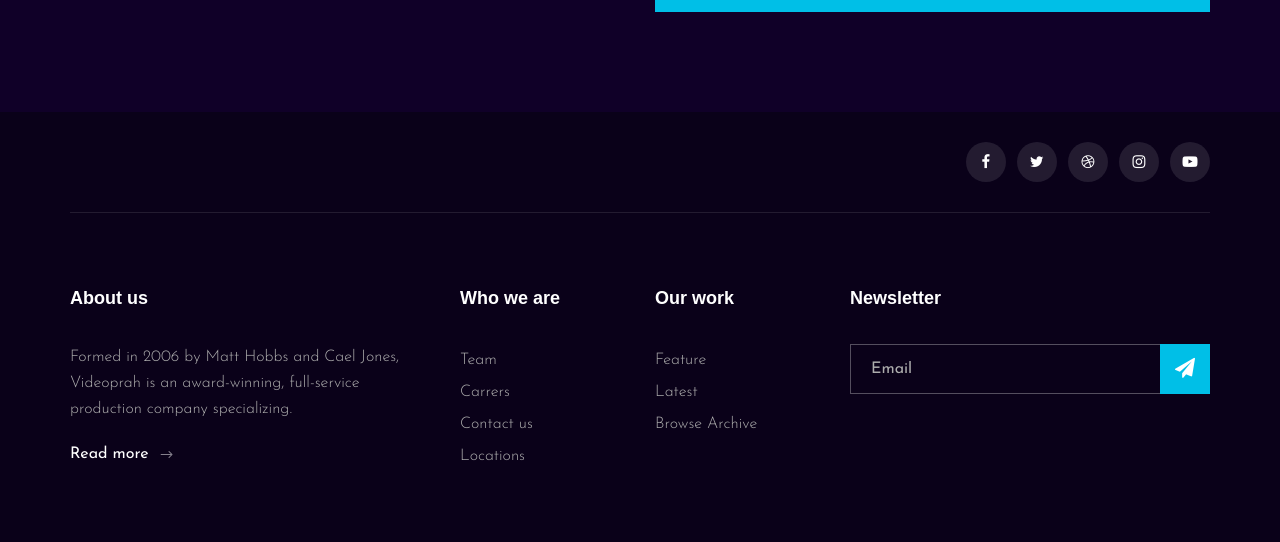
Repository: codexshot/himanshu-portfolio.io
Page: contact.html
An editor plug-in stored every save of this project. The page is shown before and after the next save, followed by the edit.
The browser window is 1280 px wide. The pictures show the part of the page from y = 1095 to 1761 px (the page is 1637 px tall before and 1761 px after).
Some web fonts or font styles are not loaded; a fallback is used.

Above is the page before, as saved 2024-04-14 19:03:37.

### contact.html
<!DOCTYPE html>
<html lang="zxx">

<head>
    <meta charset="UTF-8">
    <meta name="description" content="Videograph Template">
    <meta name="keywords" content="Videograph, unica, creative, html">
    <meta name="viewport" content="width=device-width, initial-scale=1.0">
    <meta http-equiv="X-UA-Compatible" content="ie=edge">
    <title>Videograph | Template</title>

    <!-- Google Font -->
    <link href="https://fonts.googleapis.com/css2?family=Play:wght@400;700&display=swap" rel="stylesheet">
    <link href="https://fonts.googleapis.com/css2?family=Josefin+Sans:wght@300;400;500;600;700&display=swap"
        rel="stylesheet">

    <!-- Css Styles -->
    <link rel="stylesheet" href="css/bootstrap.min.css" type="text/css">
    <link rel="stylesheet" href="css/font-awesome.min.css" type="text/css">
    <link rel="stylesheet" href="css/elegant-icons.css" type="text/css">
    <link rel="stylesheet" href="css/owl.carousel.min.css" type="text/css">
    <link rel="stylesheet" href="css/magnific-popup.css" type="text/css">
    <link rel="stylesheet" href="css/slicknav.min.css" type="text/css">
    <link rel="stylesheet" href="css/style.css" type="text/css">
</head>

<body>
    <!-- Page Preloder -->
    <div id="preloder">
        <div class="loader"></div>
    </div>

    <!-- Header Section Begin -->
    <header class="header">
        <div class="container">
            <div class="row">
                <div class="col-lg-2">
                    <div class="header__logo">
                        <h4 style="color: aliceblue;">Himanshu's Portfolio</h4>
                    </div>
                </div>
                <div class="col-lg-10">l̥
                    <div class="header__nav__option">
                        <nav class="header__nav__menu mobile-menu">
                            <ul>
                                <li class="active"><a href="./index.html">Home</a></li>
                                <li><a href="./about.html">About</a></li>

                                <li><a href="./services.html">Services</a></li>
                                <li><a href="./contact.html">Contact</a></li>
                            </ul>
                        </nav>
                        <div class="header__nav__social">
                            <a href="#"><i class="fa fa-facebook"></i></a>
                            <a href="#"><i class="fa fa-twitter"></i></a>
                            <a href="#"><i class="fa fa-dribbble"></i></a>
                            <a href="#"><i class="fa fa-instagram"></i></a>
                            <a href="#"><i class="fa fa-youtube-play"></i></a>
                        </div>
                    </div>
                </div>
            </div>
            <div id="mobile-menu-wrap"></div>
        </div>
    </header>
    <!-- Header End -->

    <!-- Breadcrumb Begin -->
    <div class="breadcrumb-option spad set-bg" data-setbg="img/breadcrumb-bg.jpg">
        <div class="container">
            <div class="row">
                <div class="col-lg-12 text-center">
                    <div class="breadcrumb__text">
                        <h2>Contact Detail</h2>
                        <div class="breadcrumb__links">
                            <a href="#">Home</a>
                            <span>Contact</span>
                        </div>
                    </div>
                </div>
            </div>
        </div>
    </div>
    <!-- Breadcrumb End -->

    <!-- Contact Widget Section Begin -->
    <section class="contact-widget spad">
        <div class="container">
            <div class="row">
                <div class="col-lg-4 col-md-6 col-md-6 col-md-3">
                    <div class="contact__widget__item">
                        <div class="contact__widget__item__icon">
                            <i class="fa fa-map-marker"></i>
                        </div>
                        <div class="contact__widget__item__text">
                            <h4>Address</h4>
                            <p>Bathurst St. Toronto Canada</p>
                        </div>
                    </div>
                </div>
                <div class="col-lg-4 col-md-6 col-md-6 col-md-3">
                    <div class="contact__widget__item">
                        <div class="contact__widget__item__icon">
                            <i class="fa fa-phone"></i>
                        </div>
                        <div class="contact__widget__item__text">
                            <h4>Hotline</h4>
                            <p>+1 647 839 9508</p>
                        </div>
                    </div>
                </div>
                <div class="col-lg-4 col-md-6 col-md-6 col-md-3">
                    <div class="contact__widget__item">
                        <div class="contact__widget__item__icon">
                            <i class="fa fa-map-marker"></i>
                        </div>
                        <div class="contact__widget__item__text">
                            <h4>Email</h4>
                            <p>abhahim@gmail.com</p>
                        </div>
                    </div>
                </div>
            </div>
        </div>
    </section>
    <!-- Contact Widget Section End -->

    <!-- Call To Action Section Begin -->
    <section class="contact spad">
        <div class="container">
            <div class="row">
                <div class="col-lg-6 col-md-6">
                    <div class="contact__map">
                        <iframe
                        src="https://www.google.com/maps/embed?pb=!1m18!1m12!1m3!1d387190.2798902705!2d-79.347015!3d43.651070!2m3!1f0!2f0!3f0!3m2!1i1024!2i768!4f13.1!3m3!1m2!1s0x89d4cb90d7b6e35b:0x808f77d04f0bde21!2sToronto%2C%20ON%2C%20Canada!5e0!3m2!1sen!2sbd!4v1596152431947!5m2!1sen!2sbd"
                            height="450" style="border:0;"></iframe>
                    </div>
                </div>
                <div class="col-lg-6 col-md-6">
                    <div class="contact__form">
                        <h3>Get in touch</h3>
                        <form action="#">
                            <input type="text" placeholder="Name">
                            <input type="text" placeholder="Email">
                            <input type="text" placeholder="Website">
                            <textarea placeholder="Message"></textarea>
                            <button type="submit" class="site-btn">Send Message</button>
                        </form>
                    </div>
                </div>
            </div>
        </div>
    </section>
    <!-- Call To Action Section End -->

    <!-- Footer Section Begin -->
    <footer class="footer">
        <div class="container">
            <div class="footer__top">
                <div class="row">
                    <div class="col-lg-6 col-md-6">
                        <div class="footer__top__logo">

                        </div>
                    </div>
                    <div class="col-lg-6 col-md-6">
                        <div class="footer__top__social">
                            <a href="#"><i class="fa fa-facebook"></i></a>
                            <a href="#"><i class="fa fa-twitter"></i></a>
                            <a href="#"><i class="fa fa-dribbble"></i></a>
                            <a href="#"><i class="fa fa-instagram"></i></a>
                            <a href="#"><i class="fa fa-youtube-play"></i></a>
                        </div>
                    </div>
                </div>
            </div>
            <div class="footer__option">
                <div class="row">
                    <div class="col-lg-4 col-md-6">
                        <div class="footer__option__item">
                            <h5>About us</h5>
                            <p>Formed in 2006 by Matt Hobbs and Cael Jones, Videoprah is an award-winning, full-service
                                production company specializing.</p>
                            <a href="#" class="read__more">Read more <span class="arrow_right"></span></a>
                        </div>
                    </div>
                    <div class="col-lg-2 col-md-3">
                        <div class="footer__option__item">
                            <h5>Who we are</h5>
                            <ul>
                                <li><a href="#">Team</a></li>
                                <li><a href="#">Carrers</a></li>
                                <li><a href="#">Contact us</a></li>
                                <li><a href="#">Locations</a></li>
                            </ul>
                        </div>
                    </div>
                    <div class="col-lg-2 col-md-3">
                        <div class="footer__option__item">
                            <h5>Our work</h5>
                            <ul>
                                <li><a href="#">Feature</a></li>
                                <li><a href="#">Latest</a></li>
                                <li><a href="#">Browse Archive</a></li>

                            </ul>
                        </div>
                    </div>
                    <div class="col-lg-4 col-md-12">
                        <div class="footer__option__item">
                            <h5>Newsletter</h5>
                            <!-- <p>Videoprah is an award-winning, full-service production company specializing.</p> -->
                            <form action="#">
                                <input type="text" placeholder="Email">
                                <button type="submit"><i class="fa fa-send"></i></button>
                            </form>
                        </div>
                    </div>
                </div>
            </div>
            <!-- <div class="footer__copyright"> -->
                <!-- <div class="row"> -->
                    <!-- <div class="col-lg-12 text-center"> -->
                        <!-- Link back to Colorlib can't be removed. Template is licensed under CC BY 3.0. -->
                        <!-- <p class="footer__copyright__text">Copyright &copy; -->
                            <!-- <script> -->
                                <!-- document.write(new Date().getFullYear()); -->
                            <!-- </script> -->
                            <!-- All rights reserved | This template is made with <i class="fa fa-heart-o" -->
                                <!-- aria-hidden="true"></i> by <a href="https://colorlib.com" target="_blank">Colorlib</a> -->
                        <!-- </p> -->
                        <!-- Link back to Colorlib can't be removed. Template is licensed under CC BY 3.0. -->
                    <!-- </div> -->
                <!-- </div> -->
            <!-- </div> -->
        </div>
    </footer>
    <!-- Footer Section End -->

    <!-- Js Plugins -->
    <script src="js/jquery-3.3.1.min.js"></script>
    <script src="js/bootstrap.min.js"></script>
    <script src="js/jquery.magnific-popup.min.js"></script>
    <script src="js/mixitup.min.js"></script>
    <script src="js/masonry.pkgd.min.js"></script>
    <script src="js/jquery.slicknav.js"></script>
    <script src="js/owl.carousel.min.js"></script>
    <script src="js/main.js"></script>
</body>

</html>

Loaded but not shown: css/bootstrap.min.css (library); css/font-awesome.min.css (library); css/owl.carousel.min.css (library); css/magnific-popup.css (library); css/slicknav.min.css (common file); js/jquery-3.3.1.min.js (library); js/bootstrap.min.js (library); js/jquery.magnific-popup.min.js (library); js/mixitup.min.js (library); js/masonry.pkgd.min.js (library); js/jquery.slicknav.js (library); js/owl.carousel.min.js (library); js/main.js (182 lines, source omitted); css/style.css (2339 lines, source omitted); css/elegant-icons.css (1157 lines, source omitted)

After the next save:
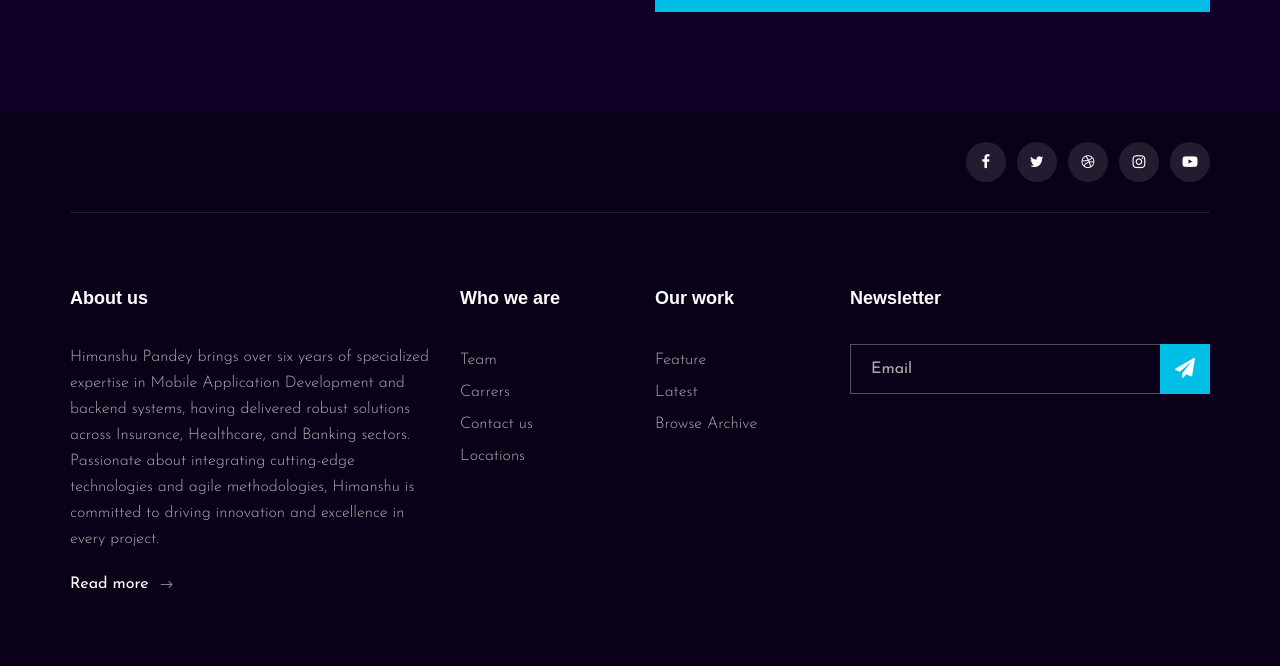
Saved 93 s later.
--- a/contact.html
+++ b/contact.html
@@ -179,8 +179,7 @@
                     <div class="col-lg-4 col-md-6">
                         <div class="footer__option__item">
                             <h5>About us</h5>
-                            <p>Formed in 2006 by Matt Hobbs and Cael Jones, Videoprah is an award-winning, full-service
-                                production company specializing.</p>
+                            <p>Himanshu Pandey brings over six years of specialized expertise in Mobile Application Development and backend systems, having delivered robust solutions across Insurance, Healthcare, and Banking sectors. Passionate about integrating cutting-edge technologies and agile methodologies, Himanshu is committed to driving innovation and excellence in every project.</p>
                             <a href="#" class="read__more">Read more <span class="arrow_right"></span></a>
                         </div>
                     </div>
